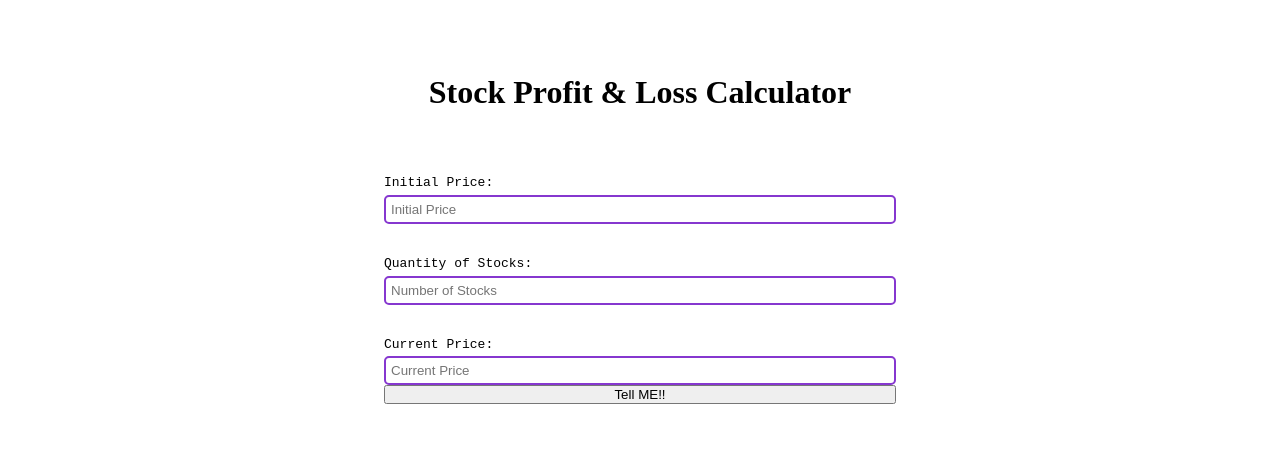
Repository: patelamancode/Stock-P-L-Calculator
Page: index.html
These files come from the project's save history. The page is drawn as it stood at one moment and after the next save; the edit follows.
The browser window is 1280 px wide. The pictures show the whole page.

Above is the page before, as saved 2022-11-23 18:09:03.

### index.html
<!DOCTYPE html>
<html lang="en">
<head>
    <meta charset="UTF-8">
    <meta http-equiv="X-UA-Compatible" content="IE=edge">
    <meta name="viewport" content="width=device-width, initial-scale=1.0">
    <link rel="stylesheet" href="index.css">
    <title>Stock Profit and Loss Calc</title>
</head>
<body>
    <div id="main-container">
        <h1 class="app-title">Stock Profit & Loss Calculator</h1>
        <label for="initial Price">Initial Price:</label>
        <input type="text" placeholder="Initial Price">
        <label for="number of stock">Quantity of Stocks:</label>
        <input type="text" placeholder="Number of Stocks">
        <label for="current Price">Current Price:</label>
        <input type="text" placeholder="Current Price" >
        <button id="check-btn">Tell ME!!</button>
    </div>
</body>
</html>

### index.css
* {
    margin: 0;
    padding: 0;
  }


  #main-container {
    display: flex;
    flex-direction: column;
    width: 40vw;
    margin: auto;
    margin-top: 2rem;
    padding: 10px;
    text-align: center;
  }

  .app-title {
    margin: 2rem 0;
  }
  label{
    margin-top: 2rem;
    margin-bottom: 0.3rem;
    text-align: left;
    font-family: monospace;
  }
  input{
    border: 2px solid rgb(134, 55, 207);
    border-radius: 5px;
    padding: 5px;
  }

After the next save:
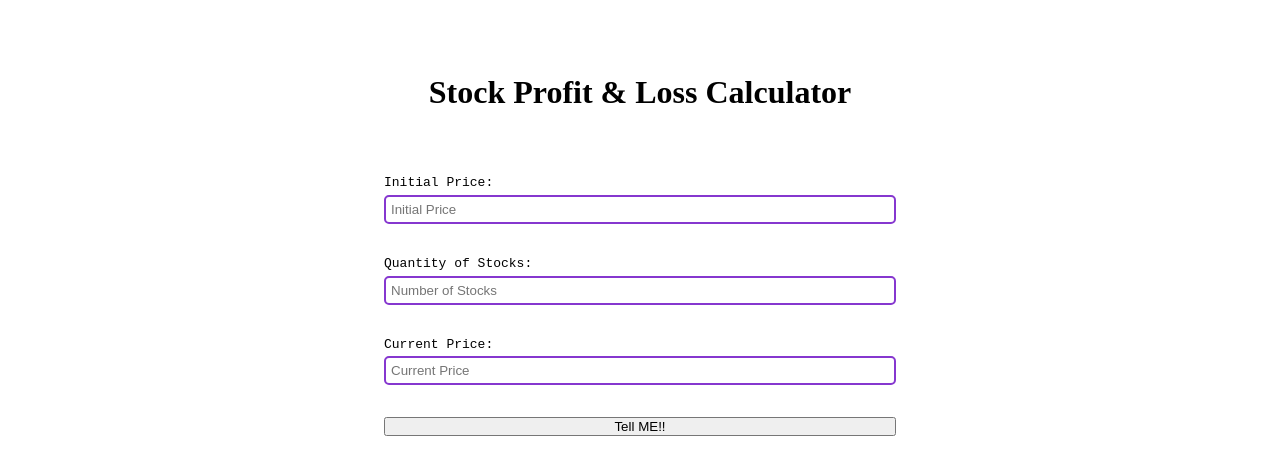
Saved 39 s later.
--- a/index.css
+++ b/index.css
@@ -28,3 +28,6 @@
     border-radius: 5px;
     padding: 5px;
   }
+  #check-btn{
+    margin-top: 2rem;
+  }
